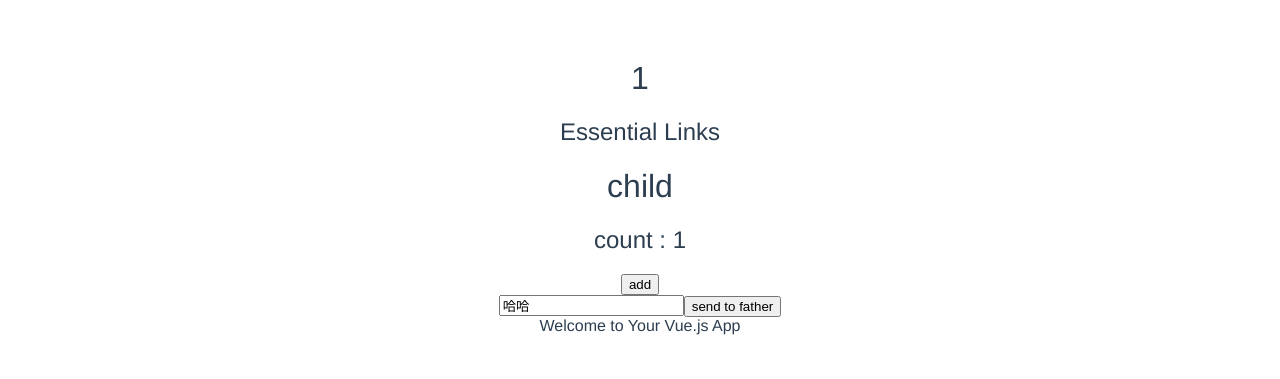
Repository: NotTooTwo/vueRouter
Page: /#/
An editor plug-in stored every save of this project. The page is shown before and after the next save, followed by the edit.
The browser window is 1280 px wide. The pictures show the whole page.
The project was rebuilt for these pictures with package versions that can differ from the ones it lists, and the page was loaded fresh each time.

Above is the page before, as saved 2018-03-13 10:34:58.

### src/components/HelloWorld.vue
<template>
  <div class="hello">
    <h1>{{ childNum }}</h1>
    <h2>Essential Links</h2>
    <!-- 子组件给父组件传参：子组件内(add()函数)$emit触发父组件的预定义的触发函数 -->
    <Child :countNum=1 v-on:childCount="countChildNum"></Child>
    <div>{{msg}}</div>
  </div>
</template>

<script>
import Child from './child'
export default {
  name: 'HelloWorld',
  data () {
    return {
      msg: 'Welcome to Your Vue.js App',
      childNum:1
    }
  },
methods:{
  countChildNum(num){
      this.childNum = num;
  }
},
components:{
    Child
  }
}
</script>

<!-- Add "scoped" attribute to limit CSS to this component only -->
<style scoped>
h1, h2 {
  font-weight: normal;
}
ul {
  list-style-type: none;
  padding: 0;
}
li {
  display: inline-block;
  margin: 0 10px;
}
a {
  color: #42b983;
}
</style>

### src/components/child.vue
<template>
  <div class="child">
    <h1>child</h1>
    <h2>count : {{count}}</h2>
    <button @click='add'>add</button>
    <div>
      <input type="text" v-model="childVal"><button @click="sendMsg">send to father</button>
    </div>
  </div>
</template>

<script>
export default {
  name: 'child',
  data () {
    return {
      msg: 'Welcome to Your Vue.js App',
      count: 0,
      childVal:'哈哈'
    }
  },
  props:[
    'countNum'
  ],
  created(){
    this.count=this.countNum;
  },
  watch:{
      'childVal'(val,old){
          this.$parent.msg = val
      }
  },
  methods:{
    add(){
      ++this.count;
      this.$emit('childCount',this.count)
    },
    sendMsg(){
      console.log(this.$parent.msg)
      // this.$set(this.$parent,'msg',this.childVal)
      this.$parent.msg = this.childVal
    }
  }
}
</script>

<!-- Add "scoped" attribute to limit CSS to this component only -->
<style scoped>
h1, h2 {
  font-weight: normal;
}
ul {
  list-style-type: none;
  padding: 0;
}
li {
  display: inline-block;
  margin: 0 10px;
}
a {
  color: #42b983;
}
</style>

Loaded but not shown: index.html (common file); src/main.js (common file); src/App.vue (common file); src/router/index.js (common file)

After the next save:
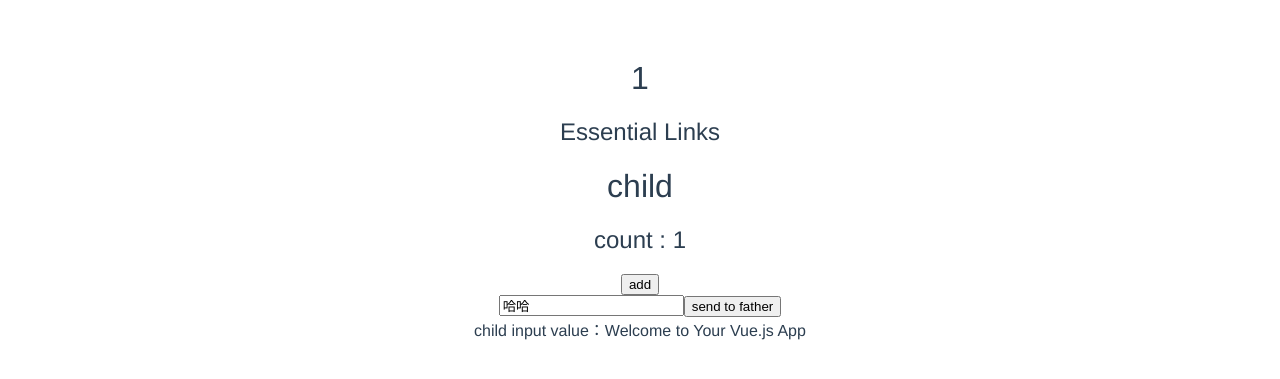
Saved 39 s later.
--- a/src/components/HelloWorld.vue
+++ b/src/components/HelloWorld.vue
@@ -4,7 +4,7 @@
     <h2>Essential Links</h2>
     <!-- 子组件给父组件传参：子组件内(add()函数)$emit触发父组件的预定义的触发函数 -->
     <Child :countNum=1 v-on:childCount="countChildNum"></Child>
-    <div>{{msg}}</div>
+    <div>child input value：{{msg}}</div>
   </div>
 </template>
 
